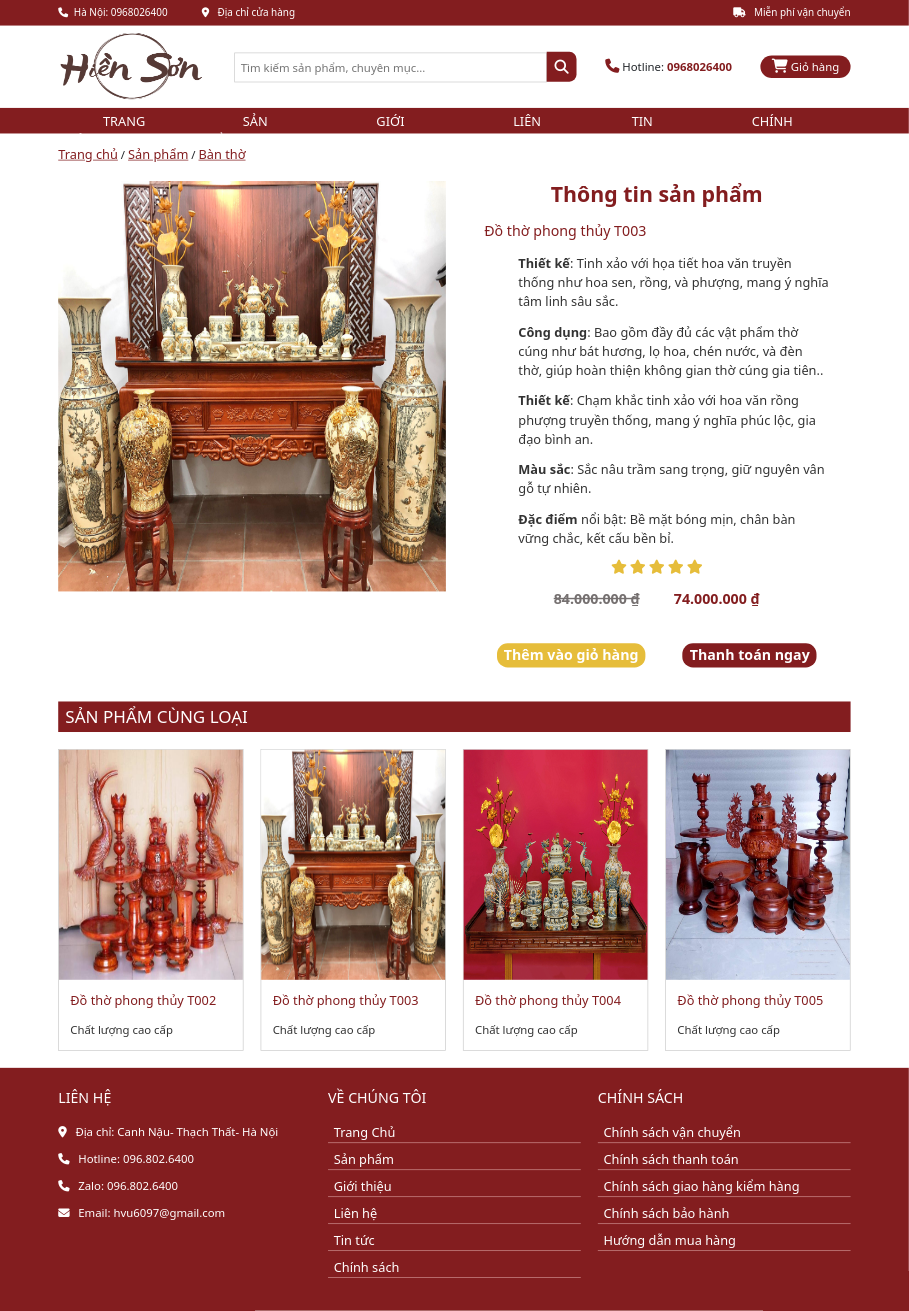
Repository: hoang28092000/do_go_hien_son
Page: product_details/do_tho-t003.html
The author's editor kept a copy of each file at every save. The page is drawn from the files as they stood at one save, then again after a run of saves.
The browser window is 1280 px wide. The pictures show the whole page, at 71% of full size.
Some web libraries are served in a nearby version.

Above is the page before, as saved 2024-08-10 22:33:42.

### product_details/do_tho-t003.html
<!DOCTYPE html>
<html lang="en">
<head>
    <meta charset="UTF-8">
    <meta name="viewport" content="width=device-width, initial-scale=1.0">
    <link rel="stylesheet" href="../asset/style.css">
    <link rel="stylesheet" href="https://cdnjs.cloudflare.com/ajax/libs/font-awesome/6.6.0/css/all.min.css" integrity="sha512-Kc323vGBEqzTmouAECnVceyQqyqdsSiqLQISBL29aUW4U/M7pSPA/gEUZQqv1cwx4OnYxTxve5UMg5GT6L4JJg==" crossorigin="anonymous" referrerpolicy="no-referrer" />
    <link href="https://cdn.jsdelivr.net/npm/bootstrap@5.3.3/dist/css/bootstrap.min.css" rel="stylesheet" integrity="sha384-QWTKZyjpPEjISv5WaRU9OFeRpok6YctnYmDr5pNlyT2bRjXh0JMhjY6hW+ALEwIH" crossorigin="anonymous">
    <title>Đồ thờ phong thủy T003</title>
</head>
<body>
    <div id="header">
        <div class="top_header">
            <div class="container">
                <div class=" d-flex align-items-center justify-content-between pt-1">
                    <div class="d-flex">
                        <p class="mb-0 me-5"><a href="" class="txt-th">
                            <i class="fa-solid fa-phone icon-th pe-2"></i>Hà Nội: 0968026400
                        </a></p>
                        <p class="mb-0"><a href="" class="txt-th">
                            <i class="fa-solid fa-location-dot icon-th pe-2"></i>
                        Địa chỉ cửa hàng</a></p>
                    </div>
                    <p class="mb-0"><a href="" class="txt-th">
                        <i class="fa-solid fa-truck icon-th pe-2"></i>
                    Miễn phí vận chuyển</a></p>
                </div>
            </div>
        </div>
    </div>

        <div class="main_header py-2">
            <div class="container">
                <ul class="d-flex justify-content-between align-items-center ps-0 mb-0">
                    <li class="logo-hs">
                        <a href="../index.html"><img src="../asset/image/logo_1.png" class="logo-hd" alt=""></a>
                    </li>
                    <li class="search-hd">
                        <input type="text" class="input-search-hd" placeholder="Tìm kiếm sản phẩm, chuyên mục..."><i class="fa-solid fa-magnifying-glass icon-search_hd"></i>
                    </li>

                    <li class="contact-hd">
                        <i class="fa-solid fa-phone icon-hd "></i>
                        <span class="txt-hd">Hotline: <b style="color: #831d1f;">0968026400</b></span>
                    </li>

                    <li class="cart-hd">
                        <p class="mb-0 cart-list py-1 px-3">
                            <i class="fa-solid fa-cart-shopping icon-cart"></i><span class="txt-cart"> Giỏ hàng</span>
                        </p>
                    </li>
                </ul>
            </div>
        </div>

        <div class="bottom_header">
            <div class="container">
                <ul class="links d-flex justify-content-center align-items-center mb-0 ps-0">
                    <li class="link "><a href="../index.html" class="txt-link">TRANG CHỦ</a></li>
                    <li class="link"><a href="../website/product.html" class="txt-link">SẢN PHẨM</a></li>
                    <li class="link"><a href="../website/about-us.html" class="txt-link">GIỚI THIỆU</a></li>
                    <li class="link"><a href="../website/contact.html" class="txt-link">LIÊN HỆ</a></li>
                    <li class="link"><a href="../website/news.html" class="txt-link">TIN TỨC</a></li>
                    <li class="link"><a href="../website/policy.html" class="txt-link">CHÍNH SÁCH</a></li>
                 </ul>
            </div>
        </div>
    </div>
    <div class="main-product_details">
        <div class="container">
            <div class="links-product_details pt-3 pb-4">
                <a href="../index.html" class="link-pd">Trang chủ</a>
                <span class="slash"> /</span>
                <a href="../website/product.html" class="link-pd">Sản phẩm</a>
                <span class="slash"> /</span>
                <a href="../website/product.html" class="link-pd">Bàn thờ</a>
            </div>

            <div class="card-p_details">
                <div class="row">
                    <div class="col-lg-6">
                        <img src="../asset/image/do_tho3.jpg" alt="" class="img-p_details w-100">
                    </div>
                    <div class="col-lg-6">
                        <div class="info-p_details">
                            <h3 class="name-p_details">
                                Thông tin sản phẩm
                            </h3>

                            <div class="desc-info-pd">
                                <p class="heading-pd">
                                    Đồ thờ phong thủy T003
                                </p>
                                <p class="txt-pd ps-5">
                                    <b>Thiết kế</b>: Tinh xảo với họa tiết hoa văn truyền thống như hoa sen, rồng, và phượng, mang ý nghĩa tâm linh sâu sắc.
                                </p>
                                <p class="txt-pd ps-5">
                                    <b>Công dụng</b>: Bao gồm đầy đủ các vật phẩm thờ cúng như bát hương, lọ hoa, chén nước, và đèn thờ, giúp hoàn thiện không gian thờ cúng gia tiên..
                                </p>
                                <p class="txt-pd ps-5">
                                    <b>Thiết kế</b>: Chạm khắc tinh xảo với hoa văn rồng phượng truyền thống, mang ý nghĩa phúc lộc, gia đạo bình an.
                                </p>
                                <p class="txt-pd ps-5">
                                    <b>Màu sắc</b>: Sắc nâu trầm sang trọng, giữ nguyên vân gỗ tự nhiên.
                                </p>
                                <p class="txt-pd ps-5">
                                    <b>Đặc điểm</b> nổi bật: Bề mặt bóng mịn, chân bàn vững chắc, kết cấu bền bỉ.
                                </p>
                                <div class="evaluate ">
                                    <i class="fa-solid fa-star icon-star"></i>
                                    <i class="fa-solid fa-star icon-star"></i>
                                    <i class="fa-solid fa-star icon-star"></i>
                                    <i class="fa-solid fa-star icon-star"></i>
                                    <i class="fa-solid fa-star icon-star"></i>

                                </div>
                                <div class="prices-pd d-flex justify-content-center my-3">
                                    <p class="price-pd mb-0">84.000.000 ₫</p>
                                    <p class="price_sold_out mb-0 ps-5">74.000.000 ₫</p>
                                </div>
                                <div class="pay text-center mt-5" >
                                    <button class="add_cart me-5">Thêm vào giỏ hàng</button>
                                    <button class="buy">Thanh toán ngay</button>
                                </div>
                        </div>
                    </div>
                </div>
            </div>
            <h3 class="title-pd mt-5">
                SẢN PHẨM CÙNG LOẠI
            </h3>
            <div class="pd-relate my-4">
                <div class="row">
                    <div class="col-lg-3">
                        <a href="./do_tho-t001.html" class="a-link_pd">
                            <div class="card-pd">
                                <img src="../asset/image/do_tho01.jpg" alt="this is picture" class="w-100 img-relate">
                                <p class="name-product_r mt-3 px-3">Đồ thờ phong thủy T002</p>
                                <p class="info-pd_r px-3">Chất lượng cao cấp</p>
                            </div>
                        </a>
                    </div>
                    <div class="col-lg-3">
                        <a href="./do_tho-t003.html" class="a-link_pd">
                            <div class="card-pd">
                                <img src="../asset/image/do_tho3.jpg" alt="this is picture" class="w-100 img-relate">
                                <p class="name-product_r mt-3 px-3">Đồ thờ phong thủy T003</p>
                                <p class="info-pd_r px-3">Chất lượng cao cấp</p>
                            </div>
                        </a>
                    </div>
                    <div class="col-lg-3">
                        <a href="./do_tho-t004.html" class="a-link_pd">
                            <div class="card-pd">
                                <img src="../asset/image/do_tho4.jpg" alt="this is picture" class="w-100 img-relate">
                                <p class="name-product_r mt-3 px-3">Đồ thờ phong thủy T004</p>
                                <p class="info-pd_r px-3">Chất lượng cao cấp</p>
                            </div>
                        </a>
                    </div>
                    <div class="col-lg-3">
                        <a href="./do_tho-t005.html" class="a-link_pd">
                            <div class="card-pd">
                                <img src="../asset/image/do_tho5.jpg" alt="this is picture" class="w-100 img-relate">
                                <p class="name-product_r mt-3 px-3">Đồ thờ phong thủy T005</p>
                                <p class="info-pd_r px-3">Chất lượng cao cấp</p>
                            </div>
                        </a>
                    </div>
                </div>
            </div>
        </div>
    </div>


    <div id="footer" class="mt-3">
        <div class="container">
            <div class="row">
                <div class="col-lg-4">
                    <h4 class="title-ft">LIÊN HỆ</h4>
                    <ul class="list-info">
                        <li>
                            <i class="fa-solid fa-location-dot icon-ft pe-2"></i>
                            <span class="txt-ft">Địa chỉ: Canh Nậu- Thạch Thất- Hà Nội</span>
                        </li>
                        <li>
                            <i class="fa-solid fa-phone icon-ft pe-2"></i>
                            <span class="txt-ft">Hotline: 096.802.6400</span>
                        </li>
                        <li>
                            <i class="fa-solid fa-phone icon-ft pe-2"></i>
                            <span class="txt-ft">Zalo: 096.802.6400    </span>
                        </li>
                        <li>
                            <i class="fa-solid fa-envelope icon-ft pe-2"></i>
                           <span class="txt-ft">Email: hvu6097@gmail.com</span>
                        </li>
                    </ul>
                </div>
                <div class="col-lg-4">
                    <h4 class="title-ft">
                        VỀ CHÚNG TÔI
                    </h4>
                    <ul class="list-links ps-0">
                        <li class="item-link"><a href="../index.html" class="link-ft">Trang Chủ </a></li>
                        <li class="item-link"><a href="../website/product.html" class="link-ft">Sản phẩm</a></li>
                        <li class="item-link"><a href="../website/about-us.html" class="link-ft">Giới thiệu</a></li>
                        <li class="item-link"><a href="../website/contact.html" class="link-ft">Liên hệ</a></li>
                        <li class="item-link"><a href="../website/news.html" class="link-ft">Tin tức</a></li>
                        <li class="item-link"><a href="../website/policy.html" class="link-ft">Chính sách</a></li>
                    </ul>
                </div>
                <div class="col-lg-4">
                    <h4 class="title-ft">
                       CHÍNH SÁCH
                    </h4>
                    <ul class="list-links ps-0">
                        <li class="item-link"><a href="../website/policy.html" class="link-ft">Chính sách vận chuyển </a></li>
                        <li class="item-link"><a href="../website/policy.html" class="link-ft">Chính sách thanh toán</a></li>
                        <li class="item-link"><a href="../website/policy.html" class="link-ft">Chính sách giao hàng kiểm hàng</a></li>
                        <li class="item-link"><a href="../website/policy.html" class="link-ft">Chính sách bảo hành</a></li>
                        <li class="item-link"><a href="../website/policy.html" class="link-ft">Hướng dẫn mua hàng</a></li>
                    </ul>
                </div>

            </div>
        </div>
    </div>
</body>
</html>

Loaded but not shown: asset/style.css (594 lines, source omitted)

After the next 2 saves:
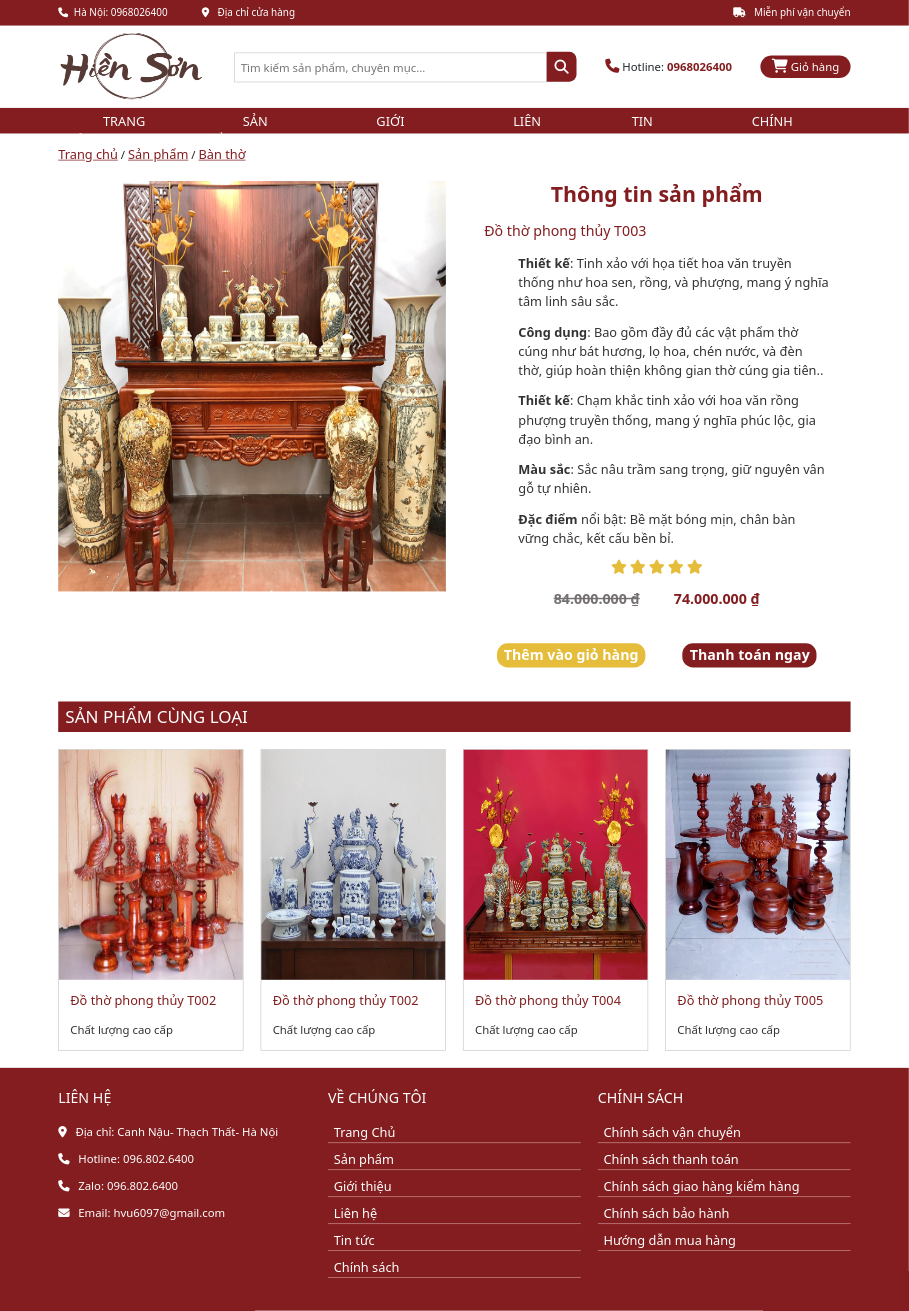
The 2 saves are shown as one change because they came seconds apart.
The last was saved 19 s later.
--- a/product_details/do_tho-t003.html
+++ b/product_details/do_tho-t003.html
@@ -143,8 +143,8 @@
                     <div class="col-lg-3">
                         <a href="./do_tho-t003.html" class="a-link_pd">
                             <div class="card-pd">
-                                <img src="../asset/image/do_tho3.jpg" alt="this is picture" class="w-100 img-relate">
-                                <p class="name-product_r mt-3 px-3">Đồ thờ phong thủy T003</p>
+                                <img src="../asset/image/do_tho2.jpg" alt="this is picture" class="w-100 img-relate">
+                                <p class="name-product_r mt-3 px-3">Đồ thờ phong thủy T002</p>
                                 <p class="info-pd_r px-3">Chất lượng cao cấp</p>
                             </div>
                         </a>
